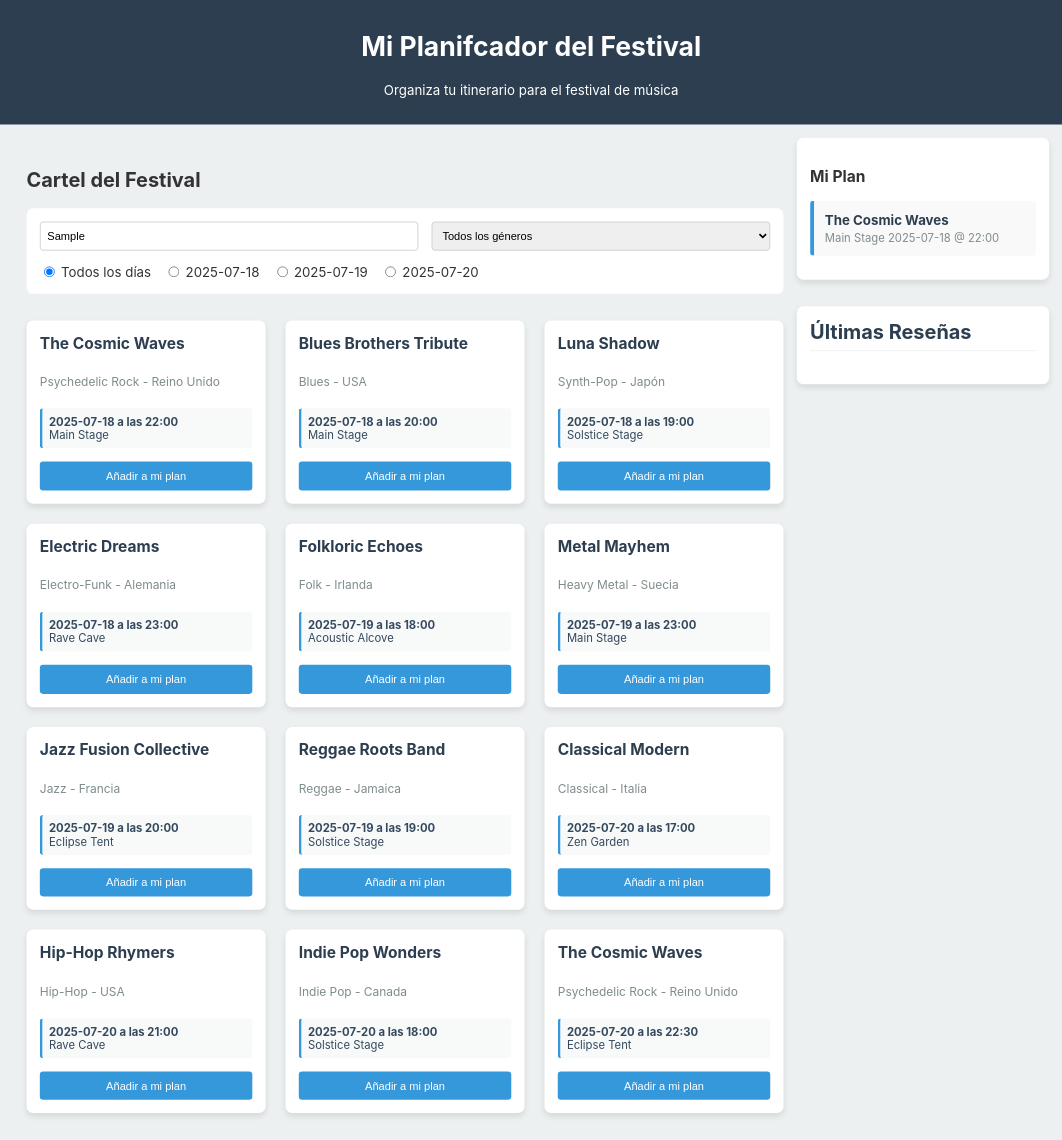
Repository: rotoforze/DWEC
Page: 2_examen_alexBernardos/index.html
An editor plug-in stored every save of this project. The page is shown before and after the next save, followed by the edit.
The browser window is 1280 px wide. The pictures show the whole page, at 83% of full size.
Empty fields were first filled with sample values (such as "Sample", 5 or name@example.com).
After loading, the first visible `button.add-to-plan` was clicked once.

Above is the page before, as saved 2025-12-12 12:22:58.

After the next save:
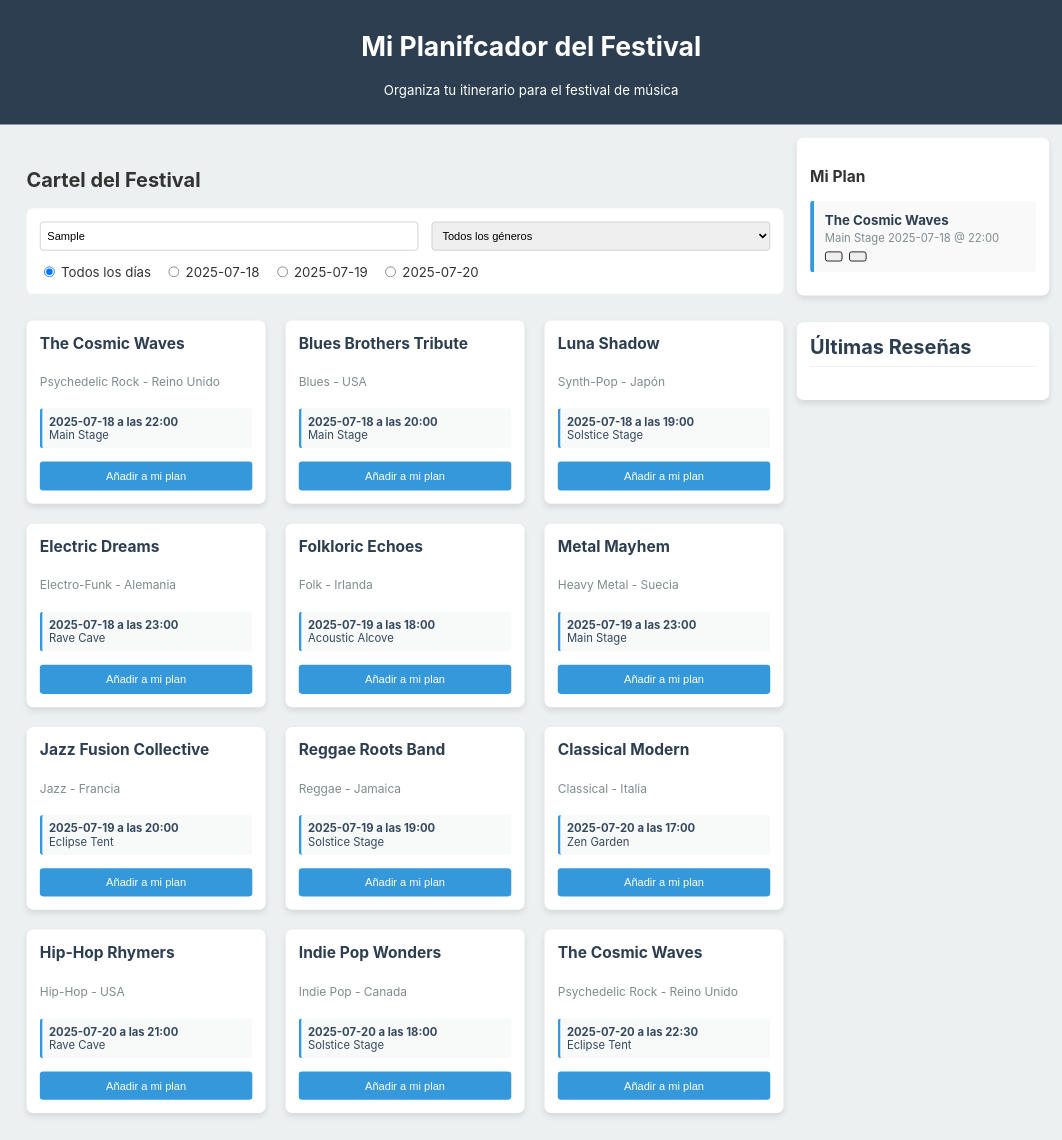
Saved 31 s later.
--- a/2_examen_alexBernardos/js/renderer.js
+++ b/2_examen_alexBernardos/js/renderer.js
@@ -62,6 +62,10 @@ function addPlan(horario) {
         <li class="plan-item-info">
             <strong>${getArtista(horario.artistaId).nombre}</strong>
             <span>${getEscenario(horario.escenarioId).nombre} ${horario.dia} @ ${horario.horaInicio}</span>
+            <div class="plan-item-actions">
+                <button></button>
+                <button></button>
+            </div>
         </li>
         `);
 }
